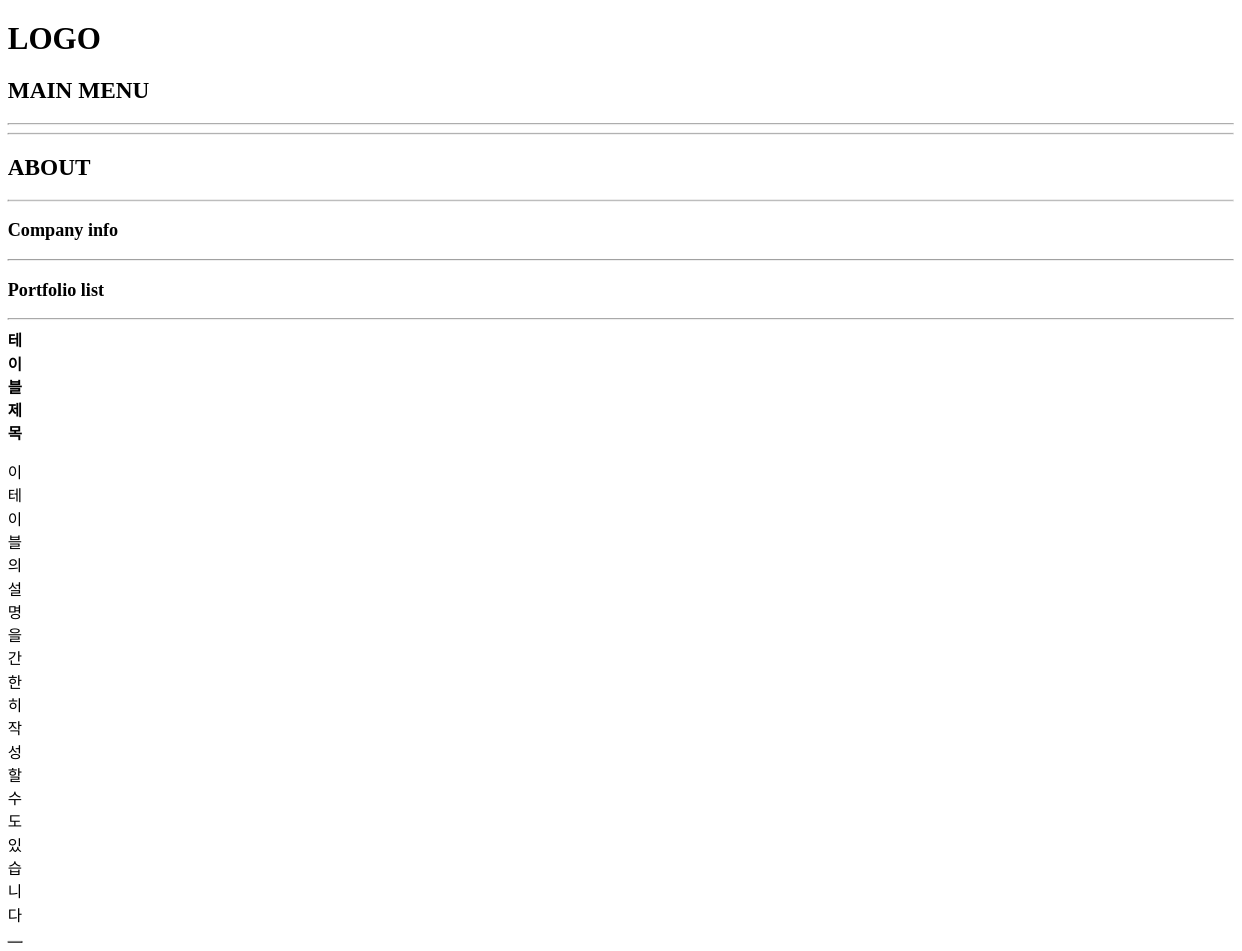
Repository: sonminho/aos
Page: Webserver/addup_perfume/WebContent/prca.html
These files come from the project's save history. The page is drawn as it stood at one moment and after the next save; the edit follows.
The browser window is 1280 px wide. The pictures show the whole page, at 97% of full size.

Above is the page before, as saved 2017-11-13 10:56:11.

### Webserver/addup_perfume/WebContent/prca.html
<!DOCTYPE html>
<html>
<head>
<meta charset="EUC-KR">
<title>Company Info</title>
</head>
<body>
<div id="wrap">
	<div id="header">
		<h1>LOGO</h1>
		<h2>MAIN MENU</h2>
	</div>
	<hr>
	<div id="container">
		<div class="visual">
		</div>
		<hr>
		<div class="nav">
			<h2>ABOUT</h2>
		</div>
		<hr>
		<div class="contents">
			<h3>Company info</h3>
			<hr>
			<h3>Portfolio list</h3>
		</div>
	</div>
	<hr>
	<div id="footer">
	</div>
</div>
<table border="1">
	<caption>
		<strong>테이블제목</strong>
		<p>이 테이블의 설명을 간한히 작성할 수도 있습니다</p>
	</caption>
</table>
</body>
</html>

After the next save:
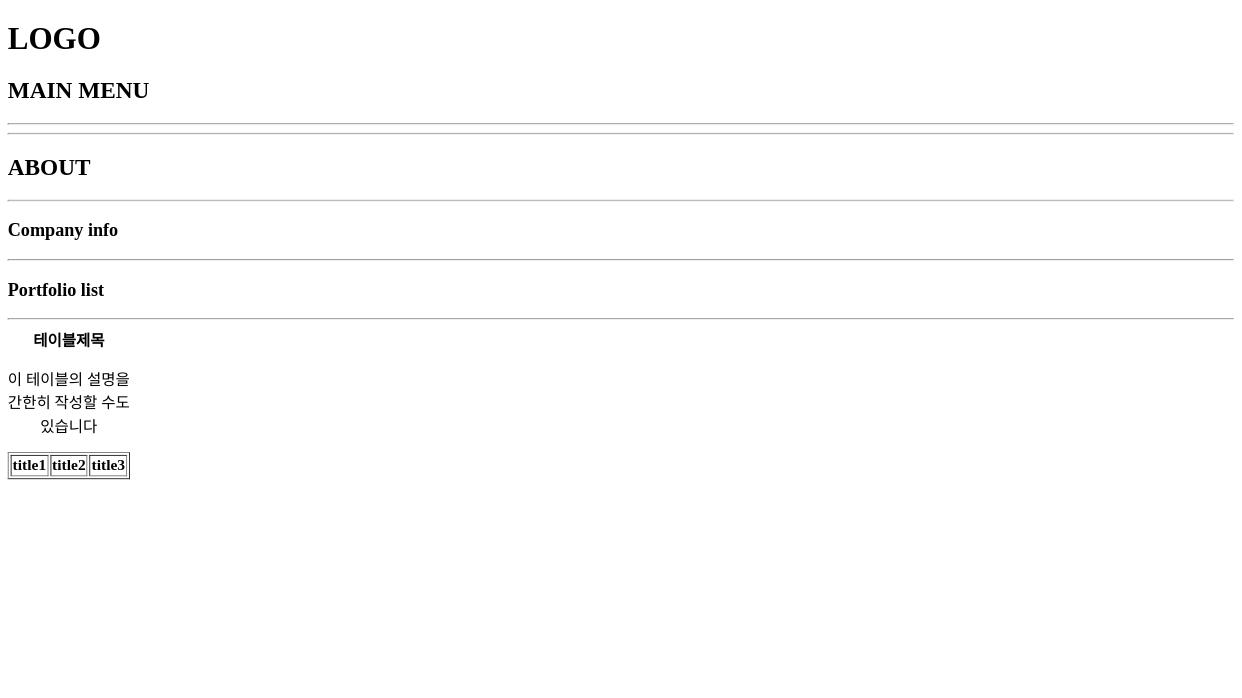
Saved 53 s later.
--- a/Webserver/addup_perfume/WebContent/prca.html
+++ b/Webserver/addup_perfume/WebContent/prca.html
@@ -34,6 +34,13 @@
 		<strong>테이블제목</strong>
 		<p>이 테이블의 설명을 간한히 작성할 수도 있습니다</p>
 	</caption>
+	<thead>
+		<tr>
+			<th scope="col">title1</th>
+			<th scope="col">title2</th>
+			<th scope="col">title3</th>
+		</tr>
+	</thead>
 </table>
 </body>
 </html>
